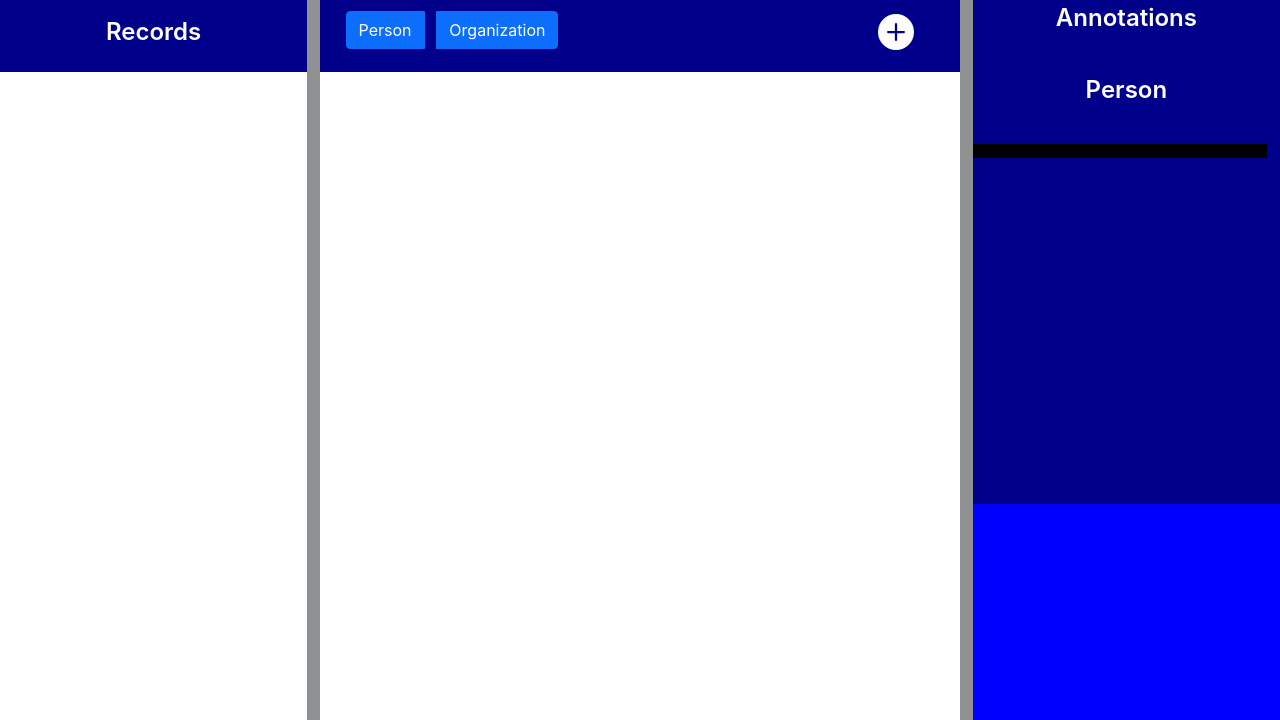
Repository: napan24/classforma_assignment
Page: / (app in client/)
The author's editor kept a copy of each file at every save. The page is drawn from the files as they stood at one save, then again after the next save.
The browser window is 1280 px wide. The pictures show the whole page.
The project was rebuilt for these pictures with package versions that can differ from the ones it lists, and the page was loaded fresh each time. Also part of the build but not shown: client/src/App.css.

Above is the page before, as saved 2022-07-20 15:27:42.

### client/public/index.html
<!DOCTYPE html>
<html lang="en">
  <head>
    <meta charset="utf-8" />
    <link rel="icon" href="%PUBLIC_URL%/favicon.ico" />
    <meta name="viewport" content="width=device-width, initial-scale=1" />
    <meta name="theme-color" content="#000000" />
    <meta
      name="description"
      content="Web site created using create-react-app"
    />
    <link href="https://cdn.jsdelivr.net/npm/bootstrap@5.1.3/dist/css/bootstrap.min.css" rel="stylesheet" integrity="sha384-1BmE4kWBq78iYhFldvKuhfTAU6auU8tT94WrHftjDbrCEXSU1oBoqyl2QvZ6jIW3" crossorigin="anonymous">
    <link rel="apple-touch-icon" href="%PUBLIC_URL%/logo192.png" />
    <!--
      manifest.json provides metadata used when your web app is installed on a
      user's mobile device or desktop. See https://developers.google.com/web/fundamentals/web-app-manifest/
    -->
    <link rel="manifest" href="%PUBLIC_URL%/manifest.json" />
    <!--
      Notice the use of %PUBLIC_URL% in the tags above.
      It will be replaced with the URL of the `public` folder during the build.
      Only files inside the `public` folder can be referenced from the HTML.

      Unlike "/favicon.ico" or "favicon.ico", "%PUBLIC_URL%/favicon.ico" will
      work correctly both with client-side routing and a non-root public URL.
      Learn how to configure a non-root public URL by running `npm run build`.
    -->
    <title>React App</title>
  </head>
  <body>
    <noscript>You need to enable JavaScript to run this app.</noscript>
    <div id="root"></div>
    <!--
      This HTML file is a template.
      If you open it directly in the browser, you will see an empty page.

      You can add webfonts, meta tags, or analytics to this file.
      The build step will place the bundled scripts into the <body> tag.

      To begin the development, run `npm start` or `yarn start`.
      To create a production bundle, use `npm run build` or `yarn build`.
    -->
    <script src="https://cdn.jsdelivr.net/npm/bootstrap@5.1.3/dist/js/bootstrap.bundle.min.js" integrity="sha384-ka7Sk0Gln4gmtz2MlQnikT1wXgYsOg+OMhuP+IlRH9sENBO0LRn5q+8nbTov4+1p" crossorigin="anonymous"></script>
  </body>
</html>

### client/src/App.js
import logo from './logo.svg';
import './App.css';
import Home from './Home';

function App() {
  return (
    <>
      <Home></Home>
    </>
  );
}

export default App;

### client/src/Home.js
'strict origin'
import React, { useState, useEffect } from 'react'
const Home = () => {
    const [textField, setTextField] = useState();
    const [person, setPerson] = useState();
    const [place, setPlace] = useState();
    const [personName, setPersonName] = useState(['']);
    const [placeName, setPlaceName] = useState(['']);
    useEffect(() => {
        if (textField) {
            trending();
        }
    }, [textField])
    const trending = async () => {
        const res = await fetch("/", {
            method: 'POST',
            headers: {
                "Content-Type": "application/json"
            },
            body: JSON.stringify({ textField })
        });
        const result = await res.json();
        setPerson(result.filter((arr) => arr.type == 'Person'));
        setPlace(result.filter((arr) => arr.type == 'Place'));
    };
    useEffect(() => {
        if (person) {
            person.forEach(function (arrayItem) {
                setPersonName(curr => [...curr, arrayItem.entityId]);
            });
        }
    }, [person])
    useEffect(() => {
        setPlaceName(['']);
        if (place) {
            place.forEach(function (arrayItem) {
                setPlaceName(curr => [...curr, arrayItem.entityId]);
            });
        }
    }, [place])
    const showFile = async (e) => {
        e.preventDefault()
        const reader = new FileReader()
        reader.onload = async (e) => {
            const text = (e.target.result)
            setTextField(text);
        };
        reader.readAsText(e.target.files[0])
    }
    return (
        <>
            <div style={{ display: 'flex', width: "100vw", height: "100vh", backgroundColor: "#8f9091" }}>
                <div style={{ width: "24vw", height: "100vh", backgroundColor: "white", marginRight: "1vw" }}>
                    <div style={{ width: "24vw", height: "10vh", backgroundColor: "#00008b", textAlign: 'center', fontSize: '150%', color: "white", fontWeight: "600", position: "fixed" }}>
                        <p style={{ marginTop: "2vh" }}>
                            Records
                        </p>
                    </div>
                    <div>

                    </div>
                </div>
                <div style={{ width: "50vw", height: "100vh", backgroundColor: "white", marginRight: "1vw", overflowY: "unset" }}>
                    <div style={{ width: "50vw", height: "10vh", backgroundColor: "#00008b", position: 'relative', overflowY: 'hidden' }}>
                        <div class="btn-group" style={{ marginTop: "1.5vh", marginLeft: "2vw" }}>
                            <button type="button" class="btn btn-primary" style={{ marginRight: "1vw" }}>Person</button>
                            <button type="button" class="btn btn-primary">Organization</button>
                        </div>
                        <label for="file">
                            <svg style={{ width: "20%", height: "50%", position: "absolute", right: "0", top: "2vh", color: "white" }} xmlns="http://www.w3.org/2000/svg" fill="currentColor" class="bi bi-plus-circle-fill" viewBox="0 0 16 16">
                                <path d="M16 8A8 8 0 1 1 0 8a8 8 0 0 1 16 0zM8.5 4.5a.5.5 0 0 0-1 0v3h-3a.5.5 0 0 0 0 1h3v3a.5.5 0 0 0 1 0v-3h3a.5.5 0 0 0 0-1h-3v-3z" />
                            </svg>
                        </label>
                        <input type="file" id="file" onChange={(e) => showFile(e)} style={{ display: "none" }} />
                    </div>
                    <div style={{ width: "48vw", height: "85vh", marginLeft: "2vw", marginTop: "5vh", overflowY: "scroll" }}>
                        {textField}
                    </div>
                </div>
                <div style={{ width: "24vw", height: "100vh", backgroundColor: "blue" }}>
                    <div style={{ width: "24vw", height: "10vh", backgroundColor: "#00008b", textAlign: 'center', fontSize: '150%', color: "white", fontWeight: "600" }}>
                        <p>
                            Annotations
                        </p>
                    </div>
                    <div style={{ width: "24vw", height: "5vh", backgroundColor: "#00008b", textAlign: 'center', fontSize: '150%', color: "white", fontWeight: "600" }}>
                        <p>
                            Person
                        </p>
                    </div>
                    <div style={{ width: "24vw", height: "48vh", backgroundColor: "#00008b", textAlign: 'center', fontSize: '150%', color: "white", fontWeight: "600", position: "fixed", overflowY: "scroll" }}>
                        {personName && personName.map((user) => (
                            <div style={{ width: "23vw",backgroundColor: "black", color: "white", fontSize: "2vh" }}>
                                {user}
                            </div>
                        ))}
                    </div>
                    <div style={{ width: "24vw", height: "5vh", backgroundColor: "#00008b", textAlign: 'center', fontSize: '150%', color: "white", fontWeight: "600" }}>
                        <p>
                            Organization
                        </p>
                    </div>
                    <div style={{ width: "24vw", height: "50vh", backgroundColor: "#00008b", textAlign: 'center', fontSize: '150%', color: "white", fontWeight: "600", position: "fixed", overflowY: "scroll" }}>
                        {placeName && placeName.map((user) => (
                            <div style={{ width: "23vw", height: '2vh', backgroundColor: "black", color: "white", fontSize: "50%" }}>
                                {user}
                            </div>
                        ))}
                    </div>
                </div>
            </div>
        </>
    )
}

export default Home

Loaded but not shown: client/src/index.js (common file); client/src/index.css (common file); client/src/reportWebVitals.js (common file)

After the next save:
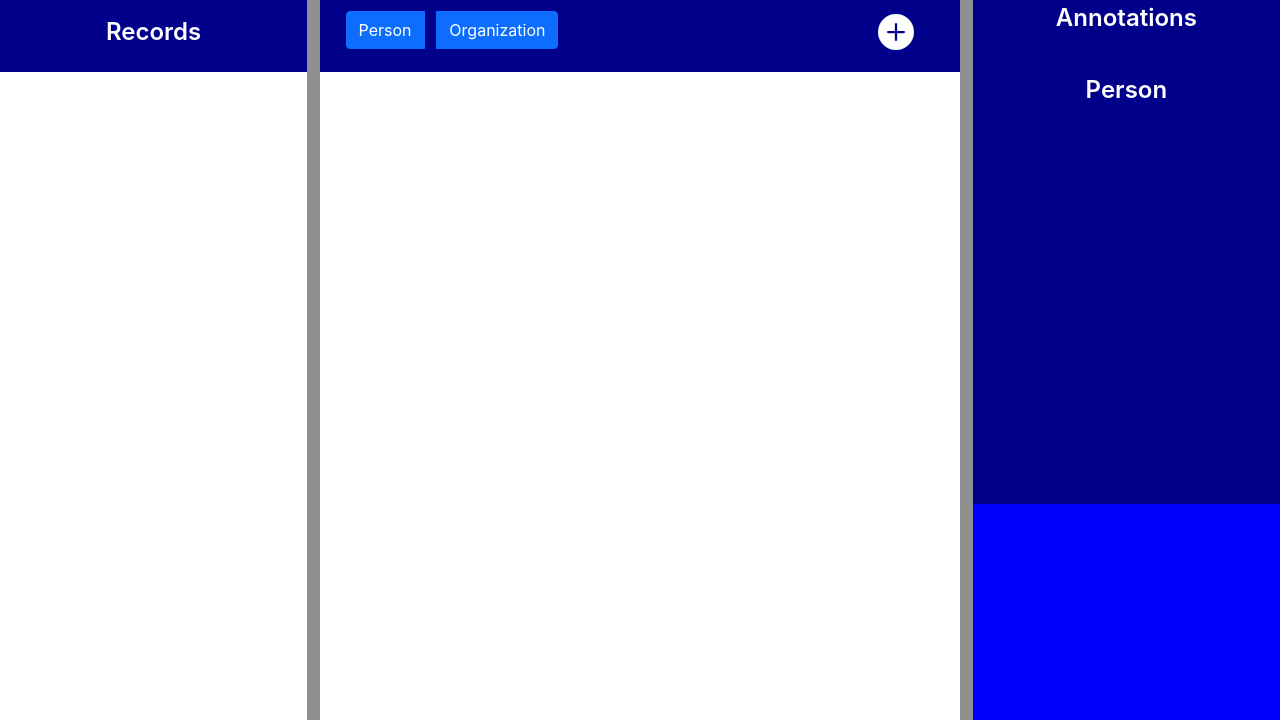
Saved 20 s later.
--- a/client/src/Home.js
+++ b/client/src/Home.js
@@ -88,7 +88,7 @@ const Home = () => {
                             Person
                         </p>
                     </div>
-                    <div style={{ width: "24vw", height: "48vh", backgroundColor: "#00008b", textAlign: 'center', fontSize: '150%', color: "white", fontWeight: "600", position: "fixed", overflowY: "scroll" }}>
+                    <div style={{ width: "24vw", height: "48vh", backgroundColor: "#00008b", textAlign: 'center', fontSize: '150%', color: "white", fontWeight: "600", zIndex:"2",position: "fixed", overflowY: "scroll" }}>
                         {personName && personName.map((user) => (
                             <div style={{ width: "23vw",backgroundColor: "black", color: "white", fontSize: "2vh" }}>
                                 {user}
